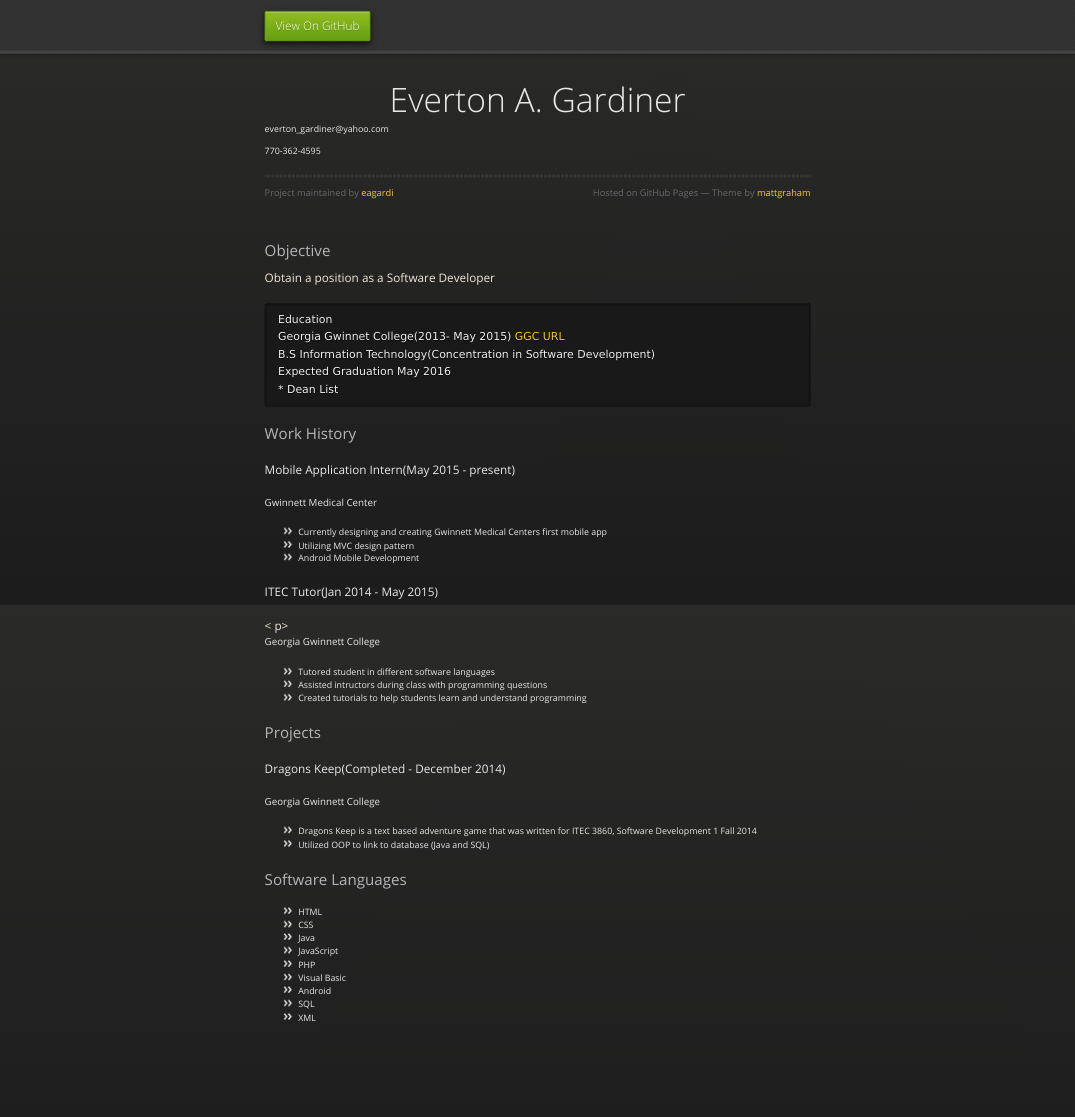
Repository: eagardi/eagardi.github.io
Page: index.html
The author's editor kept a record of every edit. The page is drawn from the files as they stood at one moment, then again after the next edit.
The browser window is 1280 px wide. The pictures show the whole page, at 84% of full size.
Backgrounds fixed to the window are drawn as part of the page. Some web libraries are served in a nearby version.

Above is the page before.

### index.html
<!doctype html>
<html>
  <head>
    <meta charset="utf-8">
    <meta http-equiv="X-UA-Compatible" content="chrome=1">
    <title>Online Resume</title>
    <link rel="stylesheet" href="stylesheets/styles.css">
    <link rel="stylesheet" href="stylesheets/pygment_trac.css">
    <script src="https://ajax.googleapis.com/ajax/libs/jquery/1.7.1/jquery.min.js"></script>
    <script src="javascripts/respond.js"></script>
    <!--[if lt IE 9]>
      <script src="//html5shiv.googlecode.com/svn/trunk/html5.js"></script>
    <![endif]-->
    <!--[if lt IE 8]>
    <link rel="stylesheet" href="stylesheets/ie.css">
    <![endif]-->
    <meta name="viewport" content="width=device-width, initial-scale=1, user-scalable=no">

  </head>
  <body>
      <div id="header">
        <nav>
          <li class="fork"><a href="https://github.com/eagardi">View On GitHub</a></li>
        </nav>
      </div><!-- end header -->

    <div class="wrapper">

      <section>
        <div id="title">
          <h1>Everton A. Gardiner</h1>
          <h6>everton_gardiner@yahoo.com</h6> <h6>770-362-4595</h6>
          <p></p>
          <hr>
          <span class="credits right">Hosted on GitHub Pages &mdash; Theme by <a href="https://twitter.com/michigangraham">mattgraham</a></span> <span class="credits left">Project maintained by <a href="https://github.com/eagardi">eagardi</a></span>

        </div>

        <h3>
<a id="welcome-to-github-pages" class="anchor" href="#welcome-to-github-pages" aria-hidden="true"><span class="octicon octicon-link"></span></a>Objective</h3>

<p>Obtain a position as a Software Developer</p>

<pre><code>Education
Georgia Gwinnet College(2013- May 2015)<a href=" http://www.ggc.edu/ "> GGC URL</a>
B.S Information Technology(Concentration in Software Development)
Expected Graduation May 2016
* Dean List
</code></pre>

<h3>
<a id="designer-templates" class="anchor" href="#designer-templates" aria-hidden="true"><span class="octicon octicon-link"></span></a>Work History</h3>

<p><h4>Mobile Application Intern(May 2015 - present)</h4></p>
<p><h5>Gwinnett Medical Center</h5></p>
<ul>
  <h6>
<li>Currently designing and creating Gwinnett Medical Centers first mobile app</l1>
<li>Utilizing MVC design pattern</li>
<li>Android Mobile Development</li>
  </h6>

</ul>
<p><h4>ITEC Tutor(Jan 2014 - May 2015)</h4></p>
<   <!--[if !IE]><script>fixScale(document);</script><![endif]-->p><h5>Georgia Gwinnett College</h5></p>
<ul>
  <h6>
<li>Tutored student in different software languages</l1>
<li>Assisted intructors during class with programming questions</li>
<li>Created tutorials to help students learn and understand programming</li>
  </h6>

</ul>

<h3>
<a id="designer-templates" class="anchor" href="#designer-templates" aria-hidden="true"><span class="octicon octicon-link"></span></a>Projects</h3>

<p><h4>Dragons Keep(Completed - December 2014)</h4></p>
<p><h5>Georgia Gwinnett College</h5></p>
<ul>
  <h6>
  <li>Dragons Keep is a text based adventure game that was written for ITEC 3860, Software Development 1 Fall 2014</li>
  <li>Utilized OOP to link to database (Java and SQL)</li>

  </h6>


</ul>





<h3>
<a id="rather-drive-stick" class="anchor" href="#rather-drive-stick" aria-hidden="true"><span class="octicon octicon-link"></span></a>Software Languages</h3>

<p><ul>
  <h6>
  <li>HTML</li>
  <li>CSS</li>
  <li>Java</li>
  <li>JavaScript</li>
  <li>PHP</li>
  <li>Visual Basic</li>
  <li>Android</li>
  <li>SQL</li>
  <li>XML</li>
  </h6>
</ul></p>



      </section>

    </div>


  </body>
</html>

### stylesheets/pygment_trac.css
.highlight .hll { background-color: #404040 }
.highlight  { color: #d0d0d0 }
.highlight .c { color: #999999; font-style: italic } /* Comment */
.highlight .err { color: #a61717; background-color: #e3d2d2 } /* Error */
.highlight .g { color: #d0d0d0 } /* Generic */
.highlight .k { color: #6ab825; font-weight: normal } /* Keyword */
.highlight .l { color: #d0d0d0 } /* Literal */
.highlight .n { color: #d0d0d0 } /* Name */
.highlight .o { color: #d0d0d0 } /* Operator */
.highlight .x { color: #d0d0d0 } /* Other */
.highlight .p { color: #d0d0d0 } /* Punctuation */
.highlight .cm { color: #999999; font-style: italic } /* Comment.Multiline */
.highlight .cp { color: #cd2828; font-weight: normal } /* Comment.Preproc */
.highlight .c1 { color: #999999; font-style: italic } /* Comment.Single */
.highlight .cs { color: #e50808; font-weight: normal; background-color: #520000 } /* Comment.Special */
.highlight .gd { color: #d22323 } /* Generic.Deleted */
.highlight .ge { color: #d0d0d0; font-style: italic } /* Generic.Emph */
.highlight .gr { color: #d22323 } /* Generic.Error */
.highlight .gh { color: #ffffff; font-weight: normal } /* Generic.Heading */
.highlight .gi { color: #589819 } /* Generic.Inserted */
.highlight .go { color: #cccccc } /* Generic.Output */
.highlight .gp { color: #aaaaaa } /* Generic.Prompt */
.highlight .gs { color: #d0d0d0; font-weight: normal } /* Generic.Strong */
.highlight .gu { color: #ffffff; text-decoration: underline } /* Generic.Subheading */
.highlight .gt { color: #d22323 } /* Generic.Traceback */
.highlight .kc { color: #6ab825; font-weight: normal } /* Keyword.Constant */
.highlight .kd { color: #6ab825; font-weight: normal } /* Keyword.Declaration */
.highlight .kn { color: #6ab825; font-weight: normal } /* Keyword.Namespace */
.highlight .kp { color: #6ab825 } /* Keyword.Pseudo */
.highlight .kr { color: #6ab825; font-weight: normal } /* Keyword.Reserved */
.highlight .kt { color: #6ab825; font-weight: normal } /* Keyword.Type */
.highlight .ld { color: #d0d0d0 } /* Literal.Date */
.highlight .m { color: #3677a9 } /* Literal.Number */
.highlight .s { color: #9dd5f1 } /* Literal.String */
.highlight .na { color: #bbbbbb } /* Name.Attribute */
.highlight .nb { color: #24909d } /* Name.Builtin */
.highlight .nc { color: #447fcf; text-decoration: underline } /* Name.Class */
.highlight .no { color: #40ffff } /* Name.Constant */
.highlight .nd { color: #ffa500 } /* Name.Decorator */
.highlight .ni { color: #d0d0d0 } /* Name.Entity */
.highlight .ne { color: #bbbbbb } /* Name.Exception */
.highlight .nf { color: #447fcf } /* Name.Function */
.highlight .nl { color: #d0d0d0 } /* Name.Label */
.highlight .nn { color: #447fcf; text-decoration: underline } /* Name.Namespace */
.highlight .nx { color: #d0d0d0 } /* Name.Other */
.highlight .py { color: #d0d0d0 } /* Name.Property */
.highlight .nt { color: #6ab825;} /* Name.Tag */
.highlight .nv { color: #40ffff } /* Name.Variable */
.highlight .ow { color: #6ab825; font-weight: normal } /* Operator.Word */
.highlight .w { color: #666666 } /* Text.Whitespace */
.highlight .mf { color: #3677a9 } /* Literal.Number.Float */
.highlight .mh { color: #3677a9 } /* Literal.Number.Hex */
.highlight .mi { color: #3677a9 } /* Literal.Number.Integer */
.highlight .mo { color: #3677a9 } /* Literal.Number.Oct */
.highlight .sb { color: #9dd5f1 } /* Literal.String.Backtick */
.highlight .sc { color: #9dd5f1 } /* Literal.String.Char */
.highlight .sd { color: #9dd5f1 } /* Literal.String.Doc */
.highlight .s2 { color: #9dd5f1 } /* Literal.String.Double */
.highlight .se { color: #9dd5f1 } /* Literal.String.Escape */
.highlight .sh { color: #9dd5f1 } /* Literal.String.Heredoc */
.highlight .si { color: #9dd5f1 } /* Literal.String.Interpol */
.highlight .sx { color: #ffa500 } /* Literal.String.Other */
.highlight .sr { color: #9dd5f1 } /* Literal.String.Regex */
.highlight .s1 { color: #9dd5f1 } /* Literal.String.Single */
.highlight .ss { color: #9dd5f1 } /* Literal.String.Symbol */
.highlight .bp { color: #24909d } /* Name.Builtin.Pseudo */
.highlight .vc { color: #40ffff } /* Name.Variable.Class */
.highlight .vg { color: #40ffff } /* Name.Variable.Global */
.highlight .vi { color: #40ffff } /* Name.Variable.Instance */
.highlight .il { color: #3677a9 } /* Literal.Number.Integer.Long */

Loaded but not shown: javascripts/respond.js (778 lines, source omitted); stylesheets/styles.css (851 lines, source omitted)

After the next edit:
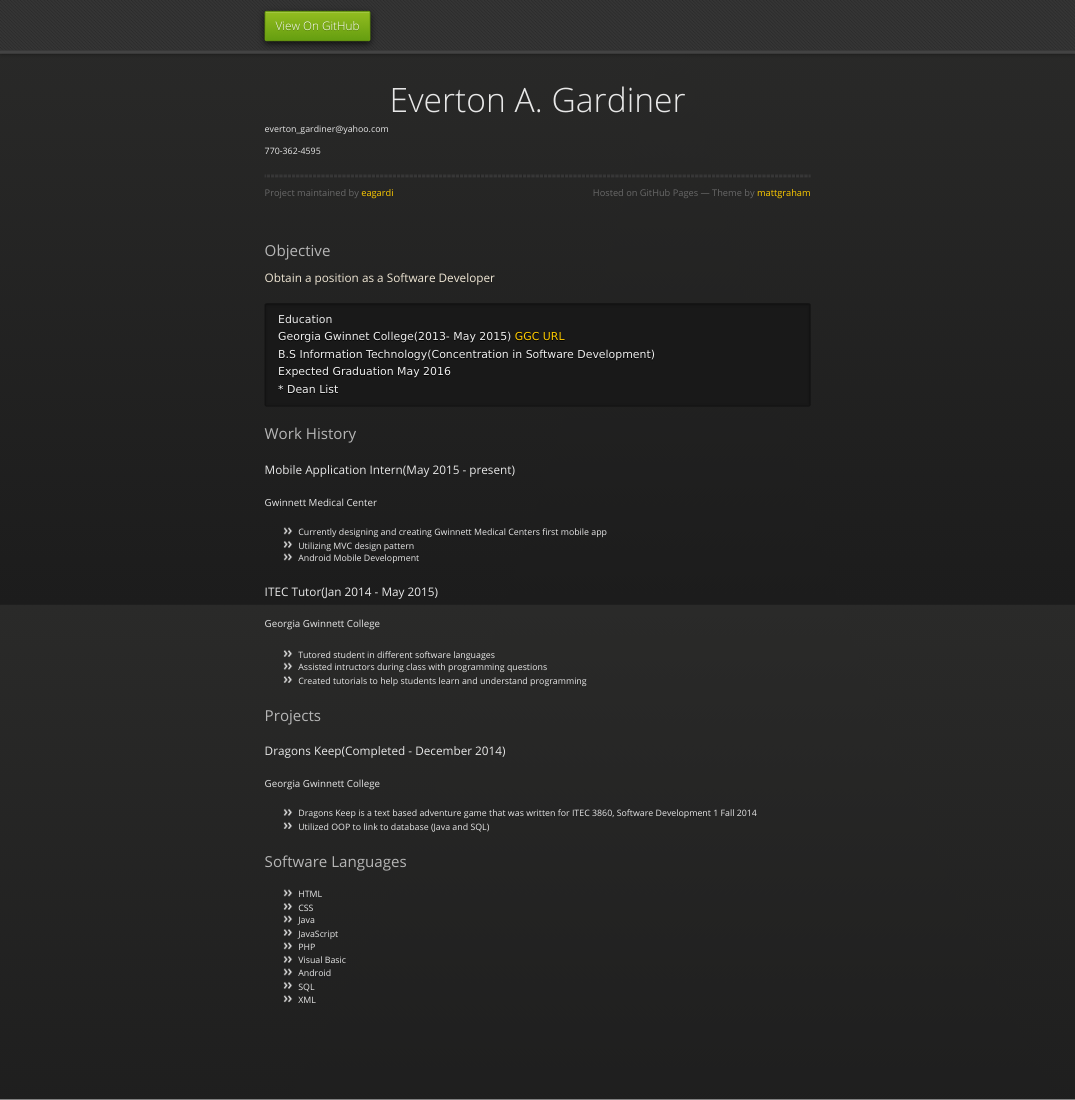
The edit:
--- a/index.html
+++ b/index.html
@@ -62,7 +62,7 @@
 
 </ul>
 <p><h4>ITEC Tutor(Jan 2014 - May 2015)</h4></p>
-<   <!--[if !IE]><script>fixScale(document);</script><![endif]-->p><h5>Georgia Gwinnett College</h5></p>
+<p><h5>Georgia Gwinnett College</h5></p>
 <ul>
   <h6>
 <li>Tutored student in different software languages</l1>
